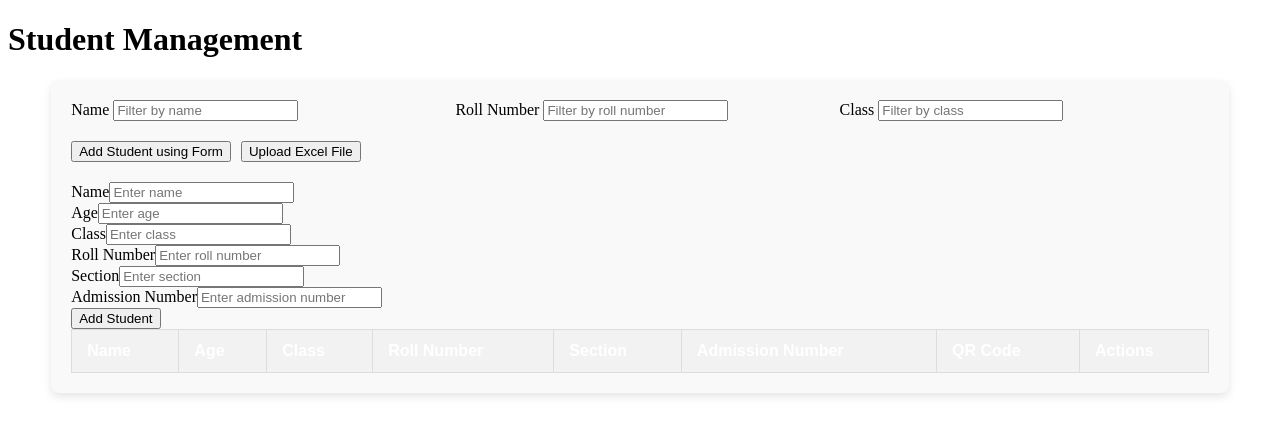
Repository: Hitesh8980/Student_Management
Page: / (app in Front-end/), after clicking the first element matching `button.btn`
An editor plug-in stored every save of this project. The page is shown before and after the next save, followed by the edit.
The browser window is 1280 px wide. The pictures show the whole page.
The page's requests for data from a server got no answer. The project was rebuilt for these pictures with package versions that can differ from the ones it lists, and the page was loaded fresh each time. No one was signed in, and anything a server would have sent is missing. Also part of the build but not shown: Front-end/vite.config.js, Front-end/src/components/QrcodeGenerator.jsx, Front-end/src/components/Fileupload.jsx.

Above is the page before, as saved 2024-09-18 16:52:53.

After the next save:
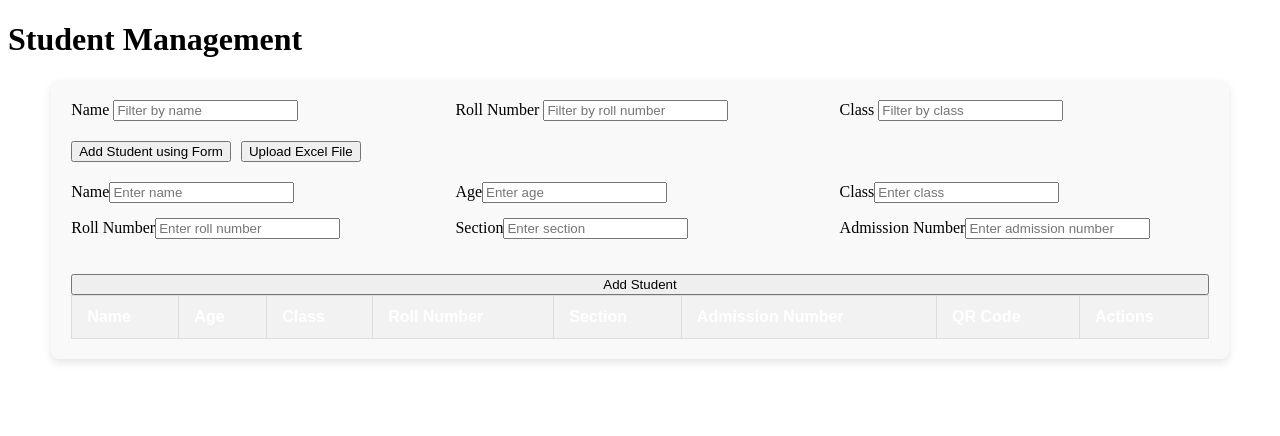
Saved 87 s later.
--- a/Front-end/src/components/StudentForm.jsx
+++ b/Front-end/src/components/StudentForm.jsx
@@ -45,71 +45,77 @@ function StudentForm({ fetchStudents }) {
   };
 
   return (
-    <Form onSubmit={handleSubmit}>
-      <Form.Group controlId="formBasicName">
-        <Form.Label>Name</Form.Label>
-        <Form.Control
-          type="text"
-          placeholder="Enter name"
-          name="name"
-          value={student.name}
-          onChange={handleInputChange}
-        />
-      </Form.Group>
-      <Form.Group controlId="formBasicAge">
-        <Form.Label>Age</Form.Label>
-        <Form.Control
-          type="number"
-          placeholder="Enter age"
-          name="age"
-          value={student.age}
-          onChange={handleInputChange}
-        />
-      </Form.Group>
-      <Form.Group controlId="formBasicClass">
-        <Form.Label>Class</Form.Label>
-        <Form.Control
-          type="text"
-          placeholder="Enter class"
-          name="class"
-          value={student.class}
-          onChange={handleInputChange}
-        />
-      </Form.Group>
-      <Form.Group controlId="formBasicRollNumber">
-        <Form.Label>Roll Number</Form.Label>
-        <Form.Control
-          type="text"
-          placeholder="Enter roll number"
-          name="rollNumber"
-          value={student.rollNumber}
-          onChange={handleInputChange}
-        />
-      </Form.Group>
-      <Form.Group controlId="formBasicSection">
-        <Form.Label>Section</Form.Label>
-        <Form.Control
-          type="text"
-          placeholder="Enter section"
-          name="section"
-          value={student.section}
-          onChange={handleInputChange}
-        />
-      </Form.Group>
-      <Form.Group controlId="formBasicAdmissionNumber">
-        <Form.Label>Admission Number</Form.Label>
-        <Form.Control
-          type="text"
-          placeholder="Enter admission number"
-          name="admissionNumber"
-          value={student.admissionNumber}
-          onChange={handleInputChange}
-        />
-      </Form.Group>
-      <Button variant="primary" type="submit">
-        Add Student
-      </Button>
-    </Form>
+    <Form onSubmit={handleSubmit} style={{ display: 'flex', flexWrap: 'wrap', gap: '15px', justifyContent: 'space-between' }}>
+  <Form.Group controlId="formBasicName" style={{ flex: '1 1 30%' }}>
+    <Form.Label>Name</Form.Label>
+    <Form.Control
+      type="text"
+      placeholder="Enter name"
+      name="name"
+      value={student.name}
+      onChange={handleInputChange}
+    />
+  </Form.Group>
+
+  <Form.Group controlId="formBasicAge" style={{ flex: '1 1 30%' }}>
+    <Form.Label>Age</Form.Label>
+    <Form.Control
+      type="number"
+      placeholder="Enter age"
+      name="age"
+      value={student.age}
+      onChange={handleInputChange}
+    />
+  </Form.Group>
+
+  <Form.Group controlId="formBasicClass" style={{ flex: '1 1 30%' }}>
+    <Form.Label>Class</Form.Label>
+    <Form.Control
+      type="text"
+      placeholder="Enter class"
+      name="class"
+      value={student.class}
+      onChange={handleInputChange}
+    />
+  </Form.Group>
+
+  <Form.Group controlId="formBasicRollNumber" style={{ flex: '1 1 30%' }}>
+    <Form.Label>Roll Number</Form.Label>
+    <Form.Control
+      type="text"
+      placeholder="Enter roll number"
+      name="rollNumber"
+      value={student.rollNumber}
+      onChange={handleInputChange}
+    />
+  </Form.Group>
+
+  <Form.Group controlId="formBasicSection" style={{ flex: '1 1 30%' }}>
+    <Form.Label>Section</Form.Label>
+    <Form.Control
+      type="text"
+      placeholder="Enter section"
+      name="section"
+      value={student.section}
+      onChange={handleInputChange}
+    />
+  </Form.Group>
+
+  <Form.Group controlId="formBasicAdmissionNumber" style={{ flex: '1 1 30%' }}>
+    <Form.Label>Admission Number</Form.Label>
+    <Form.Control
+      type="text"
+      placeholder="Enter admission number"
+      name="admissionNumber"
+      value={student.admissionNumber}
+      onChange={handleInputChange}
+    />
+  </Form.Group>
+
+  <Button variant="primary" type="submit" style={{ width: '100%', marginTop: '20px' }}>
+    Add Student
+  </Button>
+</Form>
   );
 }
 
